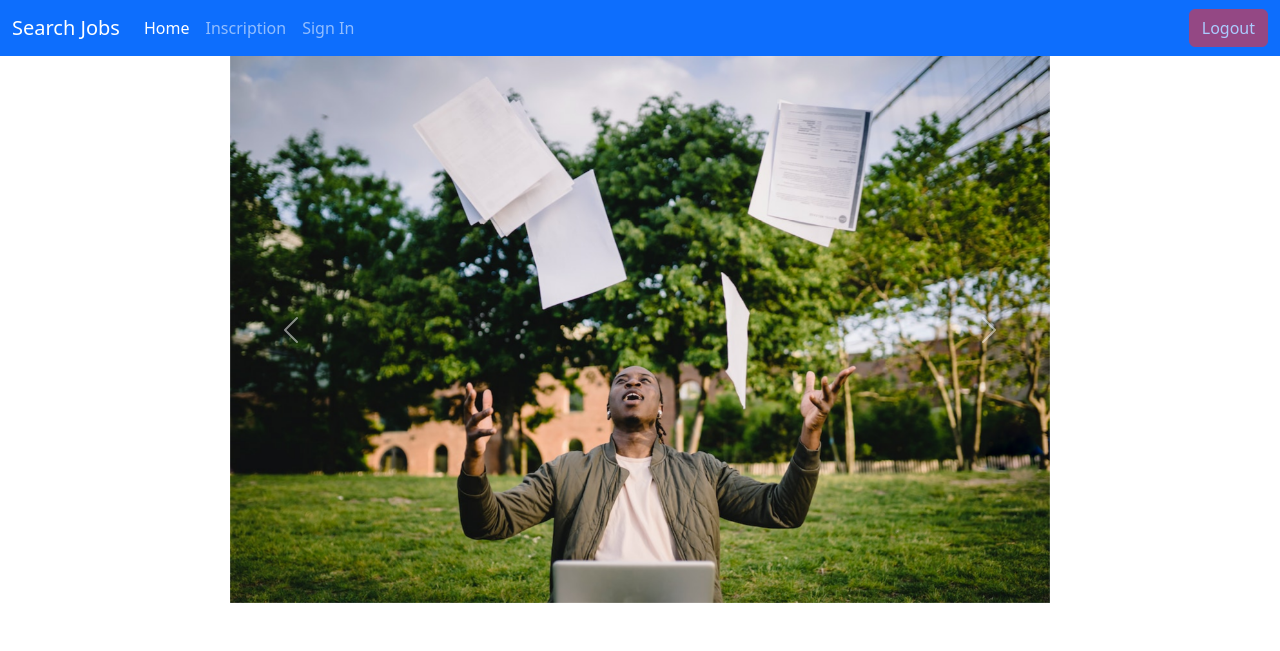
Repository: moAllElite/Examen-EJB-WEB-EAR
Page: http://localhost/SearchJobsWeb/
The author's editor kept a copy of each file at every save. The page is drawn from the files as they stood at one save, then again after the next save.
The browser window is 1280 px wide. The pictures show the whole page.
The page is served by Tomcat 9. Nobody is signed in. The application's start-up code is not run.

Above is the page before, as saved 2023-03-21 20:49:47.

After the next save:
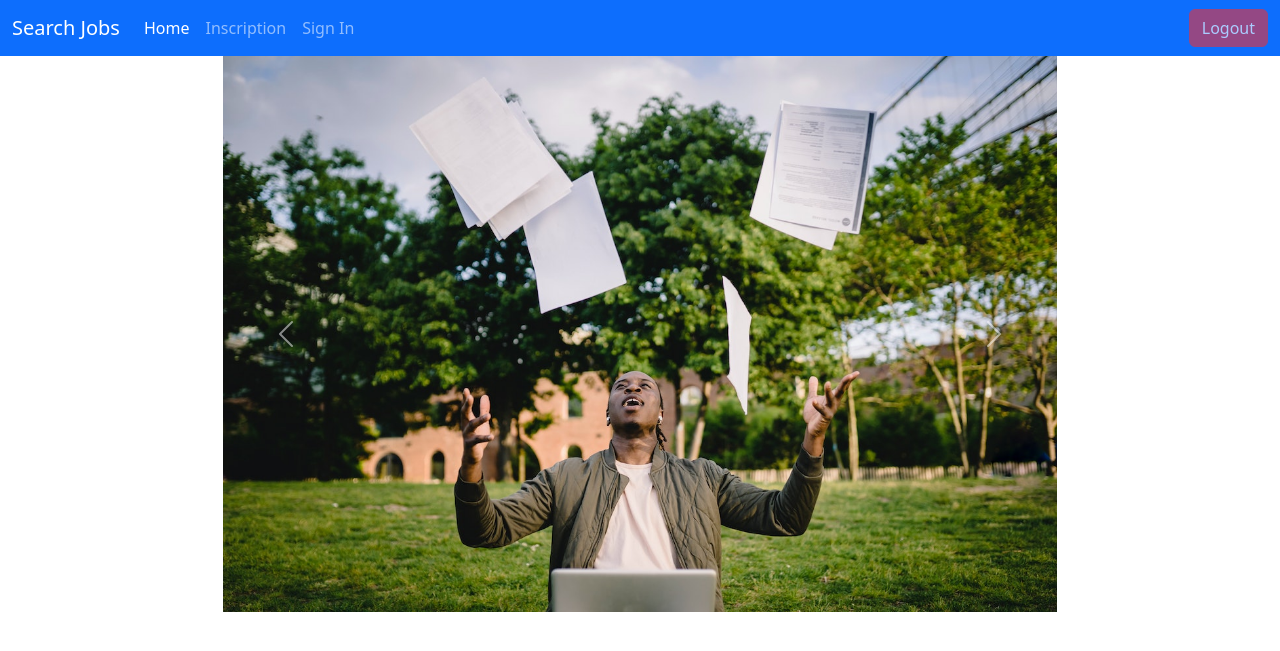
Saved 4 s later.
--- a/SearchJobsWeb/src/main/webapp/index.jsp
+++ b/SearchJobsWeb/src/main/webapp/index.jsp
@@ -31,7 +31,7 @@
 				    </div>
 				  </div>
 			</nav>
-			<div class="container-sm" style="width: 66%;">
+			<div class="container-sm" style="width: 67%;">
 				<div id="carouselExampleInterval" class="carousel slide" data-bs-ride="carousel">
 				  <div class="carousel-inner">
 				    <div class="carousel-item active" data-bs-interval="10000">
